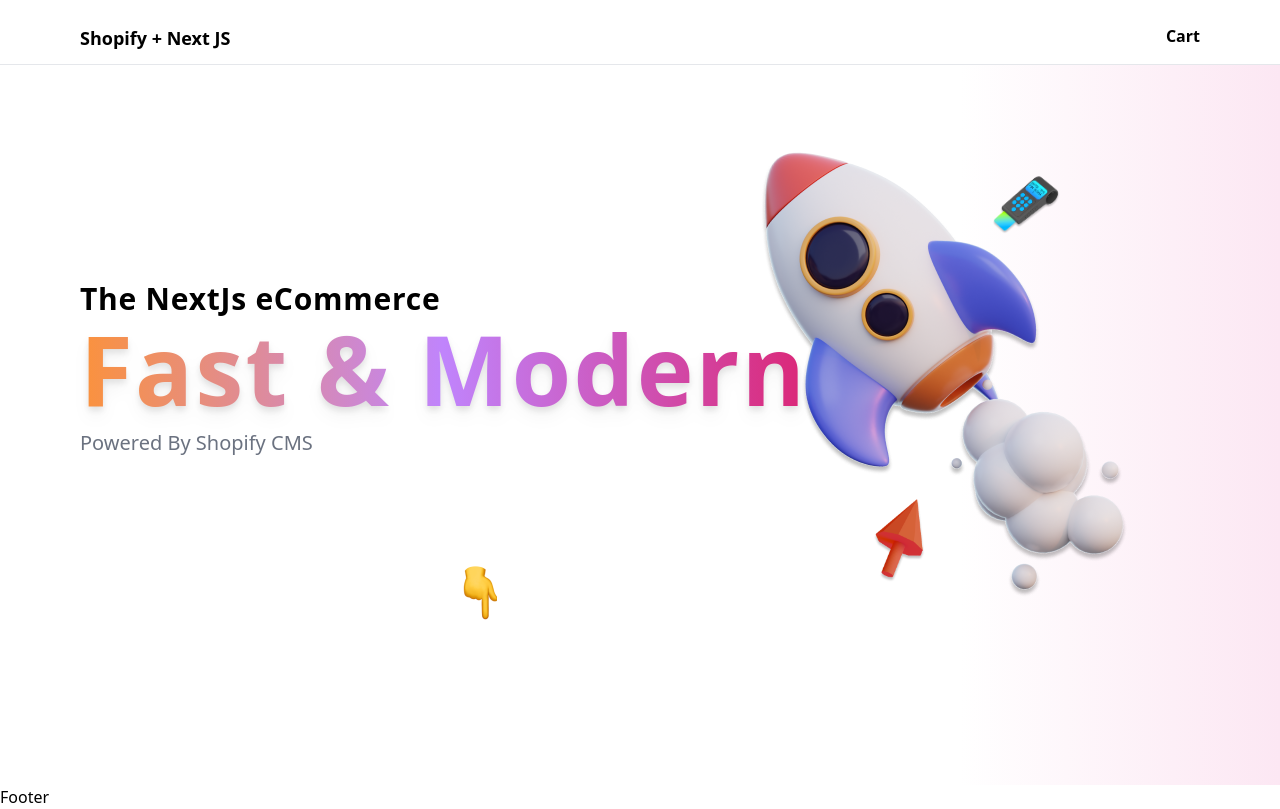
Repository: Krishna-bansall/store
Page: /
These files come from the project's save history. The page is drawn as it stood at one moment and after the next save; the edit follows.
The browser window is 1280 px wide. The pictures show the whole page.
The project was rebuilt for these pictures with package versions that can differ from the ones it lists, and the page was loaded fresh each time. The framework's server and built-in components were replaced by stand-ins that run in the browser. Also part of the build but not shown: next.config.js, utils/helpers.js, components/ProductCard.js, components/ProductList.js.

Above is the page before, as saved 2022-04-10 18:10:17.

### pages/_app.tsx
import '../styles/globals.css'
import { AnimatePresence } from 'framer-motion'
import Layout from '../components/Layout'
import type { AppProps } from 'next/app'

function MyApp({ Component, pageProps }: AppProps) {
  return (
        <AnimatePresence exitBeforeEnter>
          <Layout>
            <Component {...pageProps} />
          </Layout>
        </AnimatePresence>
    )
}

export default MyApp

### pages/index.js
// import { getProductInCollection, getProduct } from '../lib/shopify'
import ProductList from '../components/ProductList'
import HeroSection from '../components/HeroSection'

const Home = ({ products }) => {
  return (
    <div className="">
      <HeroSection />
      {/* <ProductList product={products} />{' '} */}
    </div>
  )
}
// export async function getStaticProps() {
//   const products = await getProductInCollection()

//   return {
//     props: { products }, // will be passed to the page component as props
//   }
// }

export default Home

### components/Layout.js
import React, { Children } from 'react'
import Nav from './Nav'
import HeroSection from './HeroSection'
function Layout({ children }) {
  return (
    <div className="flex flex-col justify-between">
      <Nav />
      <div className="overflow-hidden">
        <main>{children}</main>
        <footer>Footer</footer>
      </div>
    </div>
  )
}

export default Layout

### components/HeroSection.js
import React from 'react'
import Link from 'next/link'
import Image from 'next/image'
import rocket from '../public/images/rocket.png'
import machine from '../public/images/machine.png'
import cursor from '../public/images/cursor.png'
import down from '../public/images/down.png'
function HeroSection() {
  return (
    <div className="relative grid h-screen grid-cols-2 bg-white">
      <div
        className="z-10 col-span-2 grid max-h-screen grid-cols-[1fr_3fr_1fr] grid-rows-[3fr_2fr_3fr]
      px-4 py-20 md:grid-cols-[2fr_1fr] md:grid-rows-[1fr_2fr_2fr] md:px-20"
      >
        <div className="col-start-2 row-start-2 flex h-full items-center justify-center text-center md:col-start-1 md:justify-start md:text-left">
          <div className="absolute -translate-y-1/2 md:translate-y-0">
            <h3 className="mb-1 max-w-xl text-lg font-semibold tracking-wide md:text-2xl lg:text-3xl 2xl:text-5xl">
              The NextJs eCommerce
            </h3>
            <h1
              className="mb-3 max-w-full bg-gradient-to-r from-orange-400 via-purple-400 to-pink-600 bg-clip-text
          text-4xl font-black text-transparent drop-shadow-lg md:text-6xl md:tracking-wide lg:text-8xl 2xl:text-9xl"
            >
              Fast & Modern
            </h1>
            <p className="text-sm text-gray-500 md:text-xl 2xl:text-3xl">
              Powered By Shopify CMS
            </p>
          </div>
        </div>

        <div className="col-start-3 flex justify-start md:col-start-2 md:justify-center">
          <div className="flex w-full items-end md:w-[clamp(3rem,7rem,10rem)] xl:ml-6">
            <Image className="" src={machine} alt="Machine" />
          </div>
        </div>

        <div className="col-start-2 row-start-1 hidden items-start md:visible md:row-start-2 md:grid ">
          <div className="absolute grid max-w-xs self-center justify-self-end lg:max-w-full">
            <Image className="" src={rocket} alt="Rocket" />
          </div>
        </div>

        <div className="visible  col-start-2 row-start-1 flex items-end justify-center md:hidden">
          <div className="flex w-40 items-end">
            <Image className="-rotate-90 " src={rocket} alt="Rocket" />
          </div>
        </div>

        <div className="col-start-3 row-start-2 grid md:col-start-2 md:row-start-3">
          <div className="flex items-start md:w-[clamp(3rem,7rem,10rem)] xl:ml-6">
            <Image
              className="-rotate-45 md:rotate-0"
              src={cursor}
              alt="Cursor"
            />
          </div>
        </div>
        <div className="col-start-2 row-start-3 flex items-center justify-center md:col-start-1">
          <div className="w-10 md:ml-4 lg:ml-12">
            <Image src={down} alt="down" />
          </div>
        </div>
      </div>

      <div
        className="absolute col-start-2 h-full w-full bg-gradient-to-bl from-pink-100
         via-white to-transparent md:bg-gradient-to-l"
      ></div>
    </div>
  )
}

export default HeroSection

### components/Nav.js
import React from 'react'
import Link from 'next/link'
export default function Nav() {
  return (
    <header className="sticky top-0 z-20 border-b  backdrop-blur-md">
      <div className="item-center flex max-w-6xl justify-between px-4 pt-6 pb-3 md:px-20 lg:max-w-full">
        <Link href="/" passHref>
          <a className="cursor-pointer">
            <span className="pt-1 text-lg font-bold 2xl:text-3xl">
              Shopify + Next JS
            </span>
          </a>
        </Link>
        <a className="text-medium cursor pointer font-bold 2xl:text-2xl">
          Cart
        </a>
      </div>
    </header>
  )
}

Loaded but not shown: styles/globals.css (common file); tailwind.config.js (common file)

After the next save:
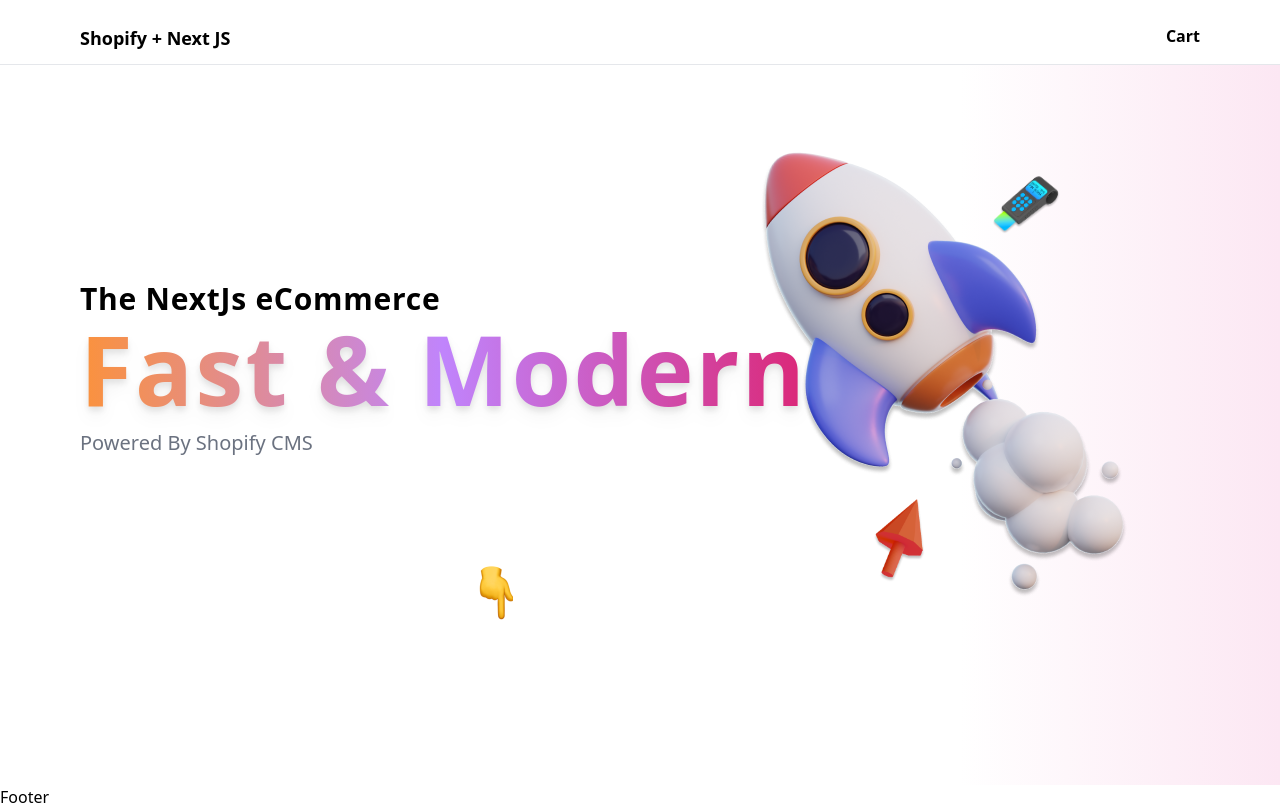
Saved 5 s later.
--- a/components/HeroSection.js
+++ b/components/HeroSection.js
@@ -57,7 +57,7 @@
           </div>
         </div>
         <div className="col-start-2 row-start-3 flex items-center justify-center md:col-start-1">
-          <div className="w-10 md:ml-4 lg:ml-12">
+          <div className="w-10 md:ml-4 lg:ml-20">
             <Image src={down} alt="down" />
           </div>
         </div>
